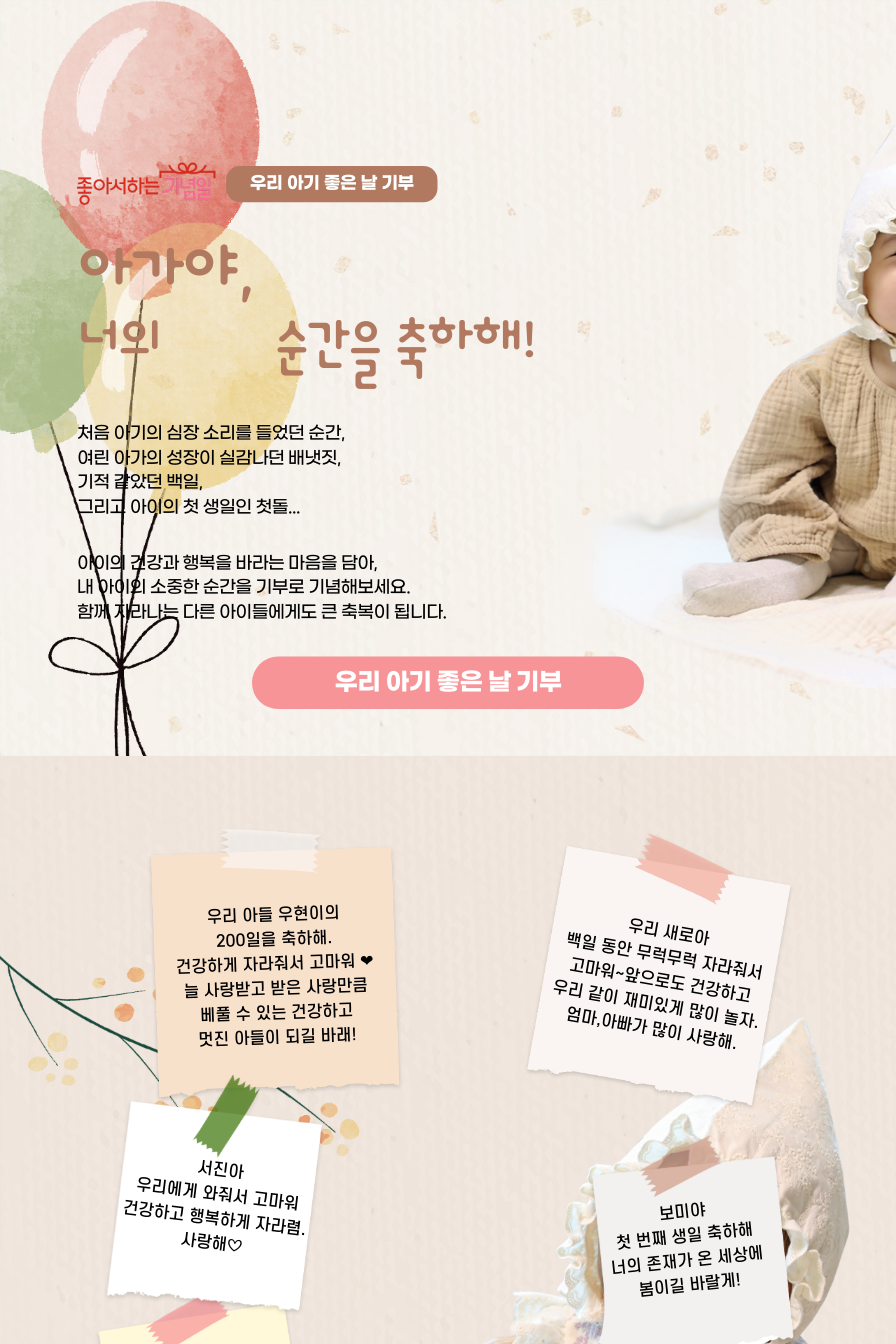
Repository: dlgywls1130/save_the_children
Page: index.html
These files come from the project's save history. The page is drawn as it stood at one moment and after the next save; the edit follows.
The browser window is 1280 px wide. The pictures show the part of the page from y = 0 to 1920 px (the page is 8338 px tall), at 70% of full size.

Above is the page before, as saved 2023-12-13 12:17:45.

### index.html
<!DOCTYPE html>
<html lang="en">
<head>
    <meta charset="UTF-8">
    <meta name="viewport" content="width=device-width, initial-scale=1.0">
    <title>세이브더칠드런</title>

    <link rel="stylesheet" href="./css/reset.css">
    <link rel="stylesheet" href="./css/style.css">

    <link rel="stylesheet" type="text/css" href="//cdn.jsdelivr.net/npm/slick-carousel@1.8.1/slick/slick.css"/>
</head>
<body>
    <div class="content_body">
        <section class="section_wrapper section01">
            <div class="se01 se_wrapper">
                <div class="se01_sub">
                    <div class="sub_logo">
                        <img src="./img/logo01.png" alt="logo">
                    </div>
                    <p>우리 아기 좋은 날 기부</p>
                </div>
                <p class="seo01_title">
                    아가야,
                </p>
                <p class="seo01_title_two">
                    너의 <span id="rollingText">탄생</span> 순간을 축하해!
                </p>
                <p class="section_descript mb-45">
                    처음 아기의 심장 소리를 들었던 순간,
                    <br>여린 아가의 성장이 실감나던 배냇짓,
                    <br>기적 같았던 백일,
                    <br>그리고 아이의 첫 생일인 첫돌...
                </p>
                <p class="section_descript">
                    아이의 건강과 행복을 바라는 마음을 담아,
                    <br>내 아이의 소중한 순간을 기부로 기념해보세요.
                    <br>함께 자라나는 다른 아이들에게도 큰 축복이 됩니다.
                </p>

                <a class="donation_link" href="javascript:void(0)">우리 아기 좋은 날 기부</a>
            </div>
        </section>
        <section class="section_wrapper section02">
            <div class="se02 se_wrapper">
                <div class="postit_wrapper">
                    <div class="postit postit01">
                        <p>우리 아들 우현이의<br>
                        200일을 축하해.<br>
                        건강하게 자라줘서 고마워 ❤<br>
                        늘 사랑받고 받은 사랑만큼<br>
                        베풀 수 있는 건강하고<br>
                        멋진 아들이 되길 바래!</p>
                    </div>
                    <div class="postit postit02">
                        <p>우리 새로아<Br>
                        백일 동안 무럭무럭 자라줘서<Br>
                        고마워~앞으로도 건강하고<Br>
                        우리 같이 재미있게 많이 놀자.<Br>
                        엄마,아빠가 많이 사랑해.</p>
                    </div>
                    <div class="postit postit03">
                        <p>서진아<br>
                        우리에게 와줘서 고마워<br>
                        건강하고 행복하게 자라렴.<br>
                        사랑해♡      </p>
                    </div>
                    <div class="postit postit04">
                        <p>보미야<br>
                        첫 번째 생일 축하해<br>
                        너의 존재가 온 세상에<br>
                        봄이길 바랄게!   </p>
                    </div>
                    <div class="postit postit05">
                        <p>사랑하는 도현이의<br>
                        첫 어린이날과 첫돌을<br>
                        기념하며, <br>
                        이웃을 사랑하는<br>
                        멋진 사람으로 자라길</p>

                    </div>
                </div>
                <p class="ex_text">*소개한 사연은 모두 실제 사연입니다.</p>

            </div>
        </section>
        <section class="section_wrapper section03">
            <div class="se_wrapper se03">
                <div class="se_title_co">
                    아기의 좋은 날을 기념해 주신 모든 분들께
                    <br>후원감사증서를 보내드립니다.
                </div>
                <div class="se_sub_co">
                    후원감사증서는 아기에게 남기고 싶은 메시지와 아기의 좋은 날이 담긴 사진을 보관할 수 있도록
                    <br>만들어드립니다. 먼 훗날, 아기가 성장해 읽게 될 날을 그리며 편지를 써보세요.
                </div>
            </div>

        </section>
        <section class="section_wrapper section04">
            <div class="se_wrapper se04">
                <div class="se_title_co">
                    이름 자수 순면거즈블랭킷
                </div>
                <div class="se_sub_co">
                    30만원 이상 후원하신 분들께는 순면 거즈 아기 블랭킷(90*110)에
                    <Br>원하시는 이름(영문)을 예쁘게 수놓아 드립니다.
                </div>

                <div class="se04_slide mt-85">
                    <div class="se04_slide_list">
                        <img src="./img/slide01.jpg">
                    </div>
                    <div class="se04_slide_list">
                        <img src="./img/slide02.jpg">
                    </div>
                    <div class="se04_slide_list">
                        <img src="./img/slide03.jpg">
                    </div>
                </div>
            </div>
        </section>
        <section class="section_wrapper section05">
            <div class="se_wrapper se05">
                <div class="se_title_co">
                    후원신청 과정
                </div>

                <div class="se_step_list">
                    <div class="se_step">
                        <p class="step_number">1</p>
                        <div class="step_ico">
                            <img src="./img/icon01.png" alt="img">
                        </div>
                        <p class="step_descript">
                            후원신청하기
                        </p>
                    </div>
                    <div class="se_step">
                        <p class="step_number">2</p>
                        <div class="step_ico">
                            <img src="./img/icon02.png" alt="img">
                        </div>
                        <p class="step_descript">
                            후원감사증서
                            <br>메시지 적기
                        </p>
                    </div>
                    <div class="se_step">
                        <p class="step_number">3</p>
                        <div class="step_ico">
                            <img src="./img/icon03.png" alt="img">
                        </div>
                        <p class="step_descript">
                            신청완료
                        </p>
                    </div>
                    <div class="se_step">
                        <p class="step_number">4</p>
                        <div class="step_ico">
                            <img src="./img/icon04.png" alt="img">
                        </div>
                        <p class="step_descript">
                            후원감사증서 발송
                            <Br>(1주 이내)
                        </p>
                    </div>
                </div>

                <div class="se_sub_co mt-100">
                    30만원 이상 후원해 주신 경우,
                    <br>감사 선물 수령 주소 및 아기 블랭킷에 새겨질 문구 확인을 위한 문자가 발송됩니다.
                </div>

                <a class="donation_link" href="javascript:void(0)">우리 아기 좋은 날 기부</a>
            </div>

        </section>
        <section class="section_wrapper section06">
            <div class="se_wrapper se06">
                <div class="se_title_co">
                    후원금, 이렇게 쓰여요!
                </div>
                <div class="se_sub_co">
                    세이브더칠드런은 <span>국내외 아동을 위한 교육,
                    <Br>보호, 보건영양지원, 아동권리옹호</span> 등의 활동을 해나가고 있습니다.
                </div>
                <div class="se_sub_co">
                    보내주신 후원금은 정치, 종교, 인종에 관계없이 모든 아이를 구해야 한다는
                    <Br>세이브더칠드런의 신념에 따라 <span>가장 도움 필요한 아이를 위해 우선 사용</span>됩니다.
                </div>
            </div>

        </section>
        <section class="section_wrapper section07">
            <div class="se_wrapper se07">
                <div class="se_title_co">
                    FAQ
                </div>
                <div class="accordion">
                    <div class="accordion-item">
                        <h3 class="title">
                            <span>1. 30만원 이상 후원했습니다. 거즈 순면 블랭킷은 언제 오나요?</span>
                            <img src="./img/top.png">
                        </h3>
                        <p class="paragraph">
                            우리아기 축하기부로 30만원 이상 후원자님들께는 담요에 수놓을 아기 이름과
                            <Br>선물 수령 주소 확인을 위한 문자가 발송됩니다.
                            <br>02-6900-4479로 발송되는 문자 속 설문조사에 답해주세요.
                            <br>확인을 완료하신 분들께는 블랭킷 제작을 담당하고 있는 조니 스튜디오에서
                            <br>아기 이름 자수 작업 완료 후 배송해 드립니다.

                        </p>
                    </div>
                    <div class="accordion-item">
                        <h3 class="title">
                            <span>2. 거즈 순면 블랭킷, 안전한 제품인가요?</span>
                            <img src="./img/top.png">
                        </h3>
                        <p class="paragraph">
                            본 블랭킷은 워싱된 3중 거즈로 제작되었으며, KC안전검사를 완료하였습니다.
                            소재 특성상 섬유 조각이 발생할 수 있어 망에 넣지 않고 3번 정도 물빨래 하시는 것을 권장합니다.

                        </p>
                    </div>
                    <div class="accordion-item">
                        <h3 class="title">
                            <span>3. 거즈 순면 블랭킷을 받았는 데 하자가 있어요. 어떻게 해야 하나요? </span>
                            <img src="./img/top.png">
                        </h3>
                        <p class="paragraph">
                            070-4220-4123 (조니스튜디오 CS)로 전화 연락 부탁드립니다. 하자 물품에 대한 교환은 수령일로부터 7일 이내에 조니스튜디오에 연락해주셔야 하며, 이로 인한 후원금 환불은 어렵습니다.
                        </p>
                    </div>
                    <div class="accordion-item">
                        <h3 class="title">
                            <span>4. 후원감사증서에 넣을 수 있는 사진 사이즈는 얼마인가요?</span>
                            <img src="./img/top.png">
                        </h3>
                        <p class="paragraph">
                            사진 인화 사이즈 5*7 인치에 맞추어서 제작되었습니다.  그보다 작은 사진일 경우, 후원감사증서
                            내부의 주머니에 넣어 보관하실 수도  있습니다.

                        </p>
                    </div>
                </div>
            </div>

        </section>
        <section class="section_wrapper section08">
            <div class="se_wrapper se08">
                <div class="se08_postion">
                    <p class="se08_title">우리 아기 좋은 날 기부</p>
                    <p class="se08_descript">
                        탄생, 백일, 첫 걸음마, 첫돌...
                        <br>소중한 우리 아기의 성장을 기념해 보세요!
                        <br>아기의 좋은 날이 모여 세상의 행복이 됩니다.
                    </p>
                    <a href="javascript:void(0)" class="more_btn">
                        <p>자세히보기</p>
                        <svg xmlns="http://www.w3.org/2000/svg" width="16" height="16" fill="currentColor" class="bi bi-chevron-right" viewBox="0 0 16 16">
                            <path fill-rule="evenodd" d="M4.646 1.646a.5.5 0 0 1 .708 0l6 6a.5.5 0 0 1 0 .708l-6 6a.5.5 0 0 1-.708-.708L10.293 8 4.646 2.354a.5.5 0 0 1 0-.708z"/>
                        </svg>
                    </a>
                </div>

            </div>
        </section>
    </div>

    <script src="https://ajax.googleapis.com/ajax/libs/jquery/1.12.4/jquery.min.js"></script>
    <script type="text/javascript" src="//cdn.jsdelivr.net/npm/slick-carousel@1.8.1/slick/slick.min.js"></script>
    <script src="./js/main.js"></script>
</body>
</html>

### css/style.css

/* root */
:root{
    --main-color:#B17A60;
    --pink-color:#F79497;
}


/* font */

/* dongle */
@font-face {
    font-family: 'Dongle';
    font-weight: 300;
    src: url('../font/Dongle-Light.ttf') format('ttf'),
    url('../font/Dongle-Light.woff') format('woff');
}

@font-face {
    font-family: 'Dongle';
    font-weight: 500;
    src: url('../font/Dongle-Regular.ttf') format('ttf'),
    url('../font/Dongle-Regular.woff') format('woff');
}

@font-face {
    font-family: 'Dongle';
    font-weight: 700;
    src: url('../font/Dongle-Bold.ttf') format('ttf'),
    url('../font/Dongle-Bold.woff') format('woff');
}


/* Gmarket */
@font-face {
    font-family: 'GmarketSans';
    font-weight: 300;
    src: url('../font/GmarketSansLight.ttf') format('ttf'),
    url('../font/GmarketSansLight.woff') format('woff');
}

@font-face {
    font-family: 'GmarketSans';
    font-weight: 500;
    src: url('../font/GmarketSansMedium.ttf') format('ttf'),
    url('../font/GmarketSansMedium.woff') format('woff');
}

@font-face {
    font-family: 'GmarketSans';
    font-weight: 700;
    src: url('../font/GmarketSansBold.ttf') format('ttf'),
    url('../font/GmarketSansBold.woff') format('woff');
}


/* nanumsqure */

@font-face {
    font-family: 'NanumSquare';
    font-weight: 400;
    src: url('../font/NanumSquareL.ttf') format('ttf'),
    url('../font/NanumSquareL.woff') format('woff');
}

@font-face {
    font-family: 'NanumSquare';
    font-weight: 500;
    src: url('../font/NanumSquareR.ttf') format('ttf'),
    url('../font/NanumSquareR.woff') format('woff');
}

@font-face {
    font-family: 'NanumSquare';
    font-weight: 600;
    src: url('../font/NanumSquareB.ttf') format('ttf'),
    url('../font/NanumSquareB.woff') format('woff');
}

@font-face {
    font-family: 'NanumSquare';
    font-weight: 700;
    src: url('../font/NanumSquareEB.ttf') format('ttf'),
    url('../font/NanumSquareEB.woff') format('woff');
}



/* scdream5 */
@font-face {
    font-family: 'SCDream5';
    src: url('../font/SCDream5.woff') format('woff'),
    url('../font/SCDream5.ttf') format('ttf'),
    url('../font/SCDream5.otf') format('otf');
}


.section_wrapper{
    max-width:1920px;
    width: 100%;

}

.se_wrapper{
    max-width: 1060px;
    margin: 0 auto;
    width: 100%;
    position: relative;
}


/* common */
.mb-45{margin-bottom: 45px;}
.mt-85{margin-top: 85px!important;}
.mt-100{margin-top: 100px!important;}

/* section01 */


.section01{
    background: url('../img/back01.jpg') no-repeat;
    height: 1080px;

}

.se01{
    padding: 230px 0 70px;
    box-sizing: border-box;
}
.se01_sub{

    display: flex;
    align-items: center;
    margin-bottom: 30px;
}

.sub_logo{
    width: 198px;
    height: 65px;
    margin-right: 15px;
}

.sub_logo img{
    width: 100%;
    height: 100%;
    object-fit: contain;
}

.se01_sub p{
    width: 302px;
    height: 52px;
    background: #B17A60;
    border-radius: 20px;
    display: flex;
    align-items: center;
    justify-content: center;
    letter-spacing: -0.03em;
    font-size: 25px;
    font-weight: 700;
    font-family: 'GmarketSans',sans-serif;
    color: #fff;
}

.seo01_title{
    font-family: 'Dongle',sans-serif;
    font-weight: 500;
    font-size: 150px;
    color: var(--main-color);
    letter-spacing: -0.03em;
}

.seo01_title_two{
    font-family: 'Dongle',sans-serif;
    font-weight: 500;
    font-size: 120px;
    color: var(--main-color);
    letter-spacing: -0.03em;
    margin-top: -4%;
    margin-bottom: 50px;
}

.section_descript{
    font-size: 25px;
    line-height: 35px;
    font-family: 'GmarketSans';
    font-weight: 500;
    letter-spacing: -0.03em;
    color: #000;
}

.donation_link{
    width: 560px;
    height: 75px;
    border-radius: 100px;
    display: flex;
    align-items: center;
    justify-content: center;
    background: var(--pink-color);
    color: #fff;
    font-family: 'GmarketSans';
    font-size: 35px;
    font-weight: 700;
    letter-spacing: -0.03em;
    text-decoration: none;
    margin: 45px auto 0;
}



@keyframes roll {
    0% { opacity: 0; transform: translateY(-20px); }
    5% { opacity: 1; transform: translateY(0); }
    25% { opacity: 1; transform: translateY(0); }
    30% { opacity: 0; transform: translateY(20px); }
    100% { opacity: 0; transform: translateY(20px); }
  }

  #rollingText {
    display: inline-block;
    animation: roll 10s infinite;
  }


/* section02 */

.section02{
    height: 1340px;
    background: url('../img/back03.jpg') no-repeat;
}

.se02{
    padding: 76px 0 96px;
    box-sizing: border-box;
    height: 100%;
}
.postit_wrapper{
    width: 100%;
    position: relative;
    height: 1123px;
}

.ex_text{
    font-family: 'GmarketSans';
    font-size: 20px;
    font-weight: 500;
    letter-spacing: -0.03em;
}

.postit {
    position: absolute;
}
.postit p{
    font-family: 'SCDream5';
    font-size: 23px;
    line-height: 35px;
    text-align: center;
    display: flex;
    justify-content: center;
    align-items: center;
    height: 100%;
}

.postit01{
    background:url('../img/post04.png') no-repeat;
    width: 438px;
    height: 438px;
    background-size: contain;
    box-sizing: border-box;
    left: 64px;
    top: 0;

}

.postit01 p{
    transform: rotate(358deg);
    padding-top: 20px;
}

.postit02{
    background: url('../img/post05.png') no-repeat;
    width: 450px;
    height: 450px;
    background-size: contain;
    box-sizing: border-box;
    top: 0;
    right: 0;

}

.postit02 p{
    transform: rotate(10deg);
    padding-top: 20px;
}

.postit03{
    background:url('../img/post02.png') no-repeat;
    width: 400px;
    height: 400px;
    background-size: contain;
    box-sizing: border-box;
    left: 0;
    top: 31%;
    z-index: 1;
}

.postit03 p{
    transform: rotate(7deg);
    padding-top: 20px;
}

.postit04{
    background: url(../img/post03.png) no-repeat;
    width: 380px;
    height: 380px;
    background-size: cover;
    box-sizing: border-box;
    top: 39%;
    right: 0;
}

.postit04 p{
    transform: rotate(354deg);
}

.postit05{
    background:url('../img/post01.png') no-repeat;
    width: 390px;
    height: 390px;
    background-size: contain;
    box-sizing: border-box;
    top: 58%;
    left: -13px;
}

.postit05 p{
    transform: rotate(-9deg);
    padding-top: 20px;
}

/* section03 */

.section03{
    height: 1340px;
    background: url('../img/back04.jpg') no-repeat;
}

.se03{
    padding: 99px 0 96px;
    box-sizing: border-box;
    height: 100%;
}


.se_title_co{
    font-size: 120px;
    line-height: 120px;
    letter-spacing: -0.03em;
    font-family: 'Dongle';
    font-weight: 500;
    color: var(--main-color);
    text-align: center;
}

.se_sub_co{
    font-size: 25px;
    letter-spacing: -0.03em;
    line-height: 50px;
    font-family: 'GmarketSans';
    font-weight: 500;
    text-align: center;
    margin-top: 50px;
}

/* section04 */

.section04{
    height: 1340px;
    background: url('../img/back05.jpg') no-repeat;
}

.se04{
    padding: 120px 0 130px;
    box-sizing: border-box;
    height: 100%;
}

.se04_slide{
    width: 944px;
    margin: 0 auto;
}


.slick-prev,
.slick-next {
    background: transparent;
    border: none;
    cursor: pointer;
    font-size: 0;
}

.slick-prev {

    width: 48px;
    height: 40px;
    position: absolute;
    left: -6%;
    top: 50%;
    transform: translateY(-50%);
    z-index: 1;
    background-size: contain;
}

.slick-next {

    width: 48px;
    height: 40px;
    position: absolute;
    right: -6%;
    top: 50%;
    transform: translateY(-50%);
    background-size: contain;
}

.slick-next  img,
.slick-prev img{
    width: 100%;
    height: 100%;
    object-fit: contain;
}

/* section05 */
.section05{
    height: 1080px;
    background: url('../img/back07.jpg') no-repeat;
}

.se05{
    padding: 150px 0 140px;
    box-sizing: border-box;
    height: 100%;
}

.se_step_list{
    display: flex;
    align-content: center;
    column-gap: 88px;
    margin-top: 90px;
    position: relative;
}

.se_step_list::after{
    position: absolute;
    content: '';
    top: 38%;
    transform: translate(0,-50%);
    border-top: 2px dashed var(--pink-color);
    width: 100%;
}

.se_step_list .se_step{
    position: relative;
}

.step_number{
    font-size: 25px;
    letter-spacing: -0.03em;
    line-height: 35px;
    font-weight: 700;
    font-family: 'GmarketSans';
    position: absolute;
    left: 19%;
    top: 0;
    color: var(--main-color);
    z-index: 2;
}

.se_step_list .se_step .step_ico{
    width: 200px;
    height: 200px;
    border-radius: 50%;
    background-color: #fff;
    display: flex;
    align-items: center;
    justify-content: center;
    position: relative;
    z-index: 1;
}

.se_step_list .se_step .step_ico img {
    width: 138px;
    height: 138px;
}

.step_descript{
    font-size: 20px;
    letter-spacing: -0.03em;
    line-height: 23px;
    font-weight: 500;
    font-family: 'GmarketSans';
    text-align: center;
    margin-top: 20px;
    color: var(--main-color);
}

.se_step_list .se_step:first-child .step_ico::before{
    display: none;
}

.se_step_list .se_step:last-child .step_ico::after{
    display: none;
}

.se_step_list .step_ico::before{
    position: absolute;
    content: '';
    top: 50%;
    left: -5px;
    transform: translate(0,-50%);
    width: 10px;
    height: 10px;
    border-radius: 50%;
    background-color: var(--pink-color);
}


.se_step_list .step_ico::after{
    position: absolute;
    content: '';
    top: 50%;
    right: -5px;
    transform: translate(0,-50%);
    width: 10px;
    height: 10px;
    border-radius: 50%;
    background-color: var(--pink-color);
}

/* section06 */
.section06{
    height:700px;
    background: url('../img/back06.jpg') no-repeat;
}

.se06{
    padding: 150px 0;
    height: 100%;
    box-sizing: border-box;
}


.se_sub_co span{
    font-weight: 700;
}
/* section07 */

.section07{
    height:1080px;
    background: url('../img/back02.jpg') no-repeat;
}

.se07{
    padding: 100px 0;
    height: 100%;
    box-sizing: border-box;
}


.accordion{
    margin-top: 80px;
}
.accordion-item {
    padding:15px 0;
    margin: 0;
    overflow: hidden;
}

.accordion-item .title {
    display: flex;
    justify-content: space-between;
    align-items: center;
    font-weight: 700;
    font-size: 30px;
    letter-spacing: -0.03em;
    cursor: pointer;
    width: 100%;
    height: 80px;
    border-radius: 50px;
    background-color: #fff;
    color: var(--main-color);
    padding: 0 30px;
    font-family: 'GmarketSans';
    box-sizing: border-box;
}

.accordion-item .title img {
    font-size: 0.9rem;
    color: #454545;
    transform: rotate(0);
    transition: transform 0.15s ease;
}

.accordion-item .paragraph {
    font-weight: 500;
    font-size: 25px;
    letter-spacing: -0.03em;
    color: #000;
    display: none;
    padding: 50px 70px 35px;
    list-style: inside;
    line-height: 50px;
    font-family: 'GmarketSans';
}

.accordion-item .paragraph .indent{
    text-indent: 1rem;
}


.accordion-item .paragraph span{
    font-weight: bold;
}

.accordion-item.active .title img{
    transform: rotate(180deg);
}

.accordion-item.active .paragraph {
    display: block;
}


/* section08 */

.section08{
    height:378px;
    background: url('../img/banner.jpg') no-repeat;
}
.se08{
    position: relative;
    height: 100%;
}

.se08_postion{
    position: absolute;
    top: 80px;
    left: 50%;
}

.se08_title{
    font-family: 'NanumSquare';
    font-weight: 600;
    font-size: 23px;
    letter-spacing: -0.05em;
    line-height: 50px;
    position: relative;
}

.se08_title::before{
    position: absolute;
    content: '';
    top: -7px;
    width: 32px;
    height: 3px;
    background-color:#543F2C;
    left: 0;
}

.se08_descript{
    font-family: 'NanumSquare';
    font-weight: 500;
    font-size: 19px;
    line-height: 28px;
    letter-spacing: -0.06em;
}

.more_btn{
    margin-top: 38px;
    width: 150px;
    height: 40px;
    background: #543F2C;
    display: flex;
    align-items: center;
    justify-content: center;
    text-decoration: none;
}

.more_btn p{
    font-family: 'NanumSquare';
    font-weight: 500;
    font-size: 18px;
    color: #fff;

}

.more_btn svg{
    fill: #fff;
}

Loaded but not shown: js/main.js (46 lines, source omitted); css/reset.css (45 lines, source omitted)

After the next save:
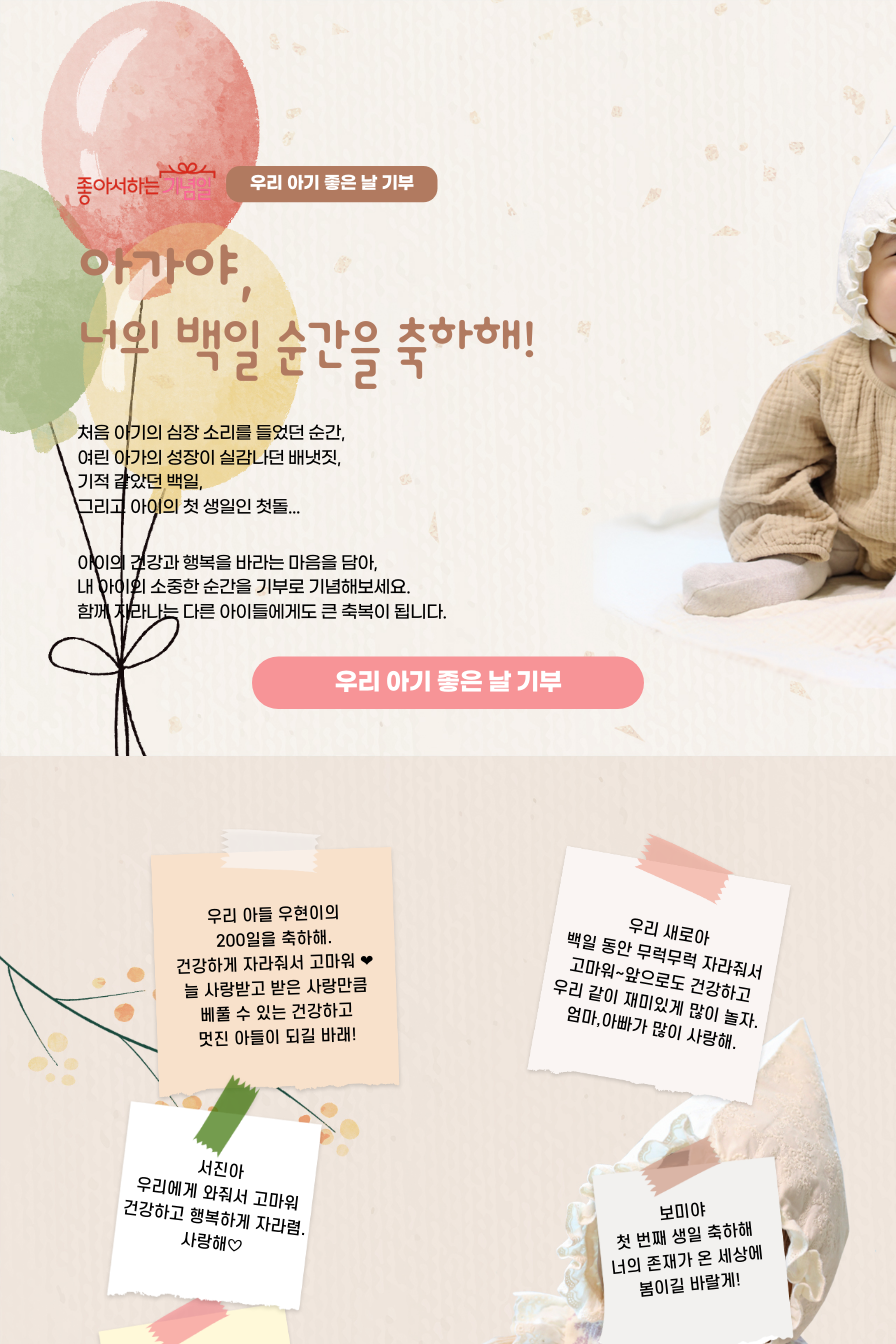
Saved 16 s later.
--- a/css/style.css
+++ b/css/style.css
@@ -207,18 +207,7 @@
 
 
 
-@keyframes roll {
-    0% { opacity: 0; transform: translateY(-20px); }
-    5% { opacity: 1; transform: translateY(0); }
-    25% { opacity: 1; transform: translateY(0); }
-    30% { opacity: 0; transform: translateY(20px); }
-    100% { opacity: 0; transform: translateY(20px); }
-  }
-
-  #rollingText {
-    display: inline-block;
-    animation: roll 10s infinite;
-  }
+
 
 
 /* section02 */
